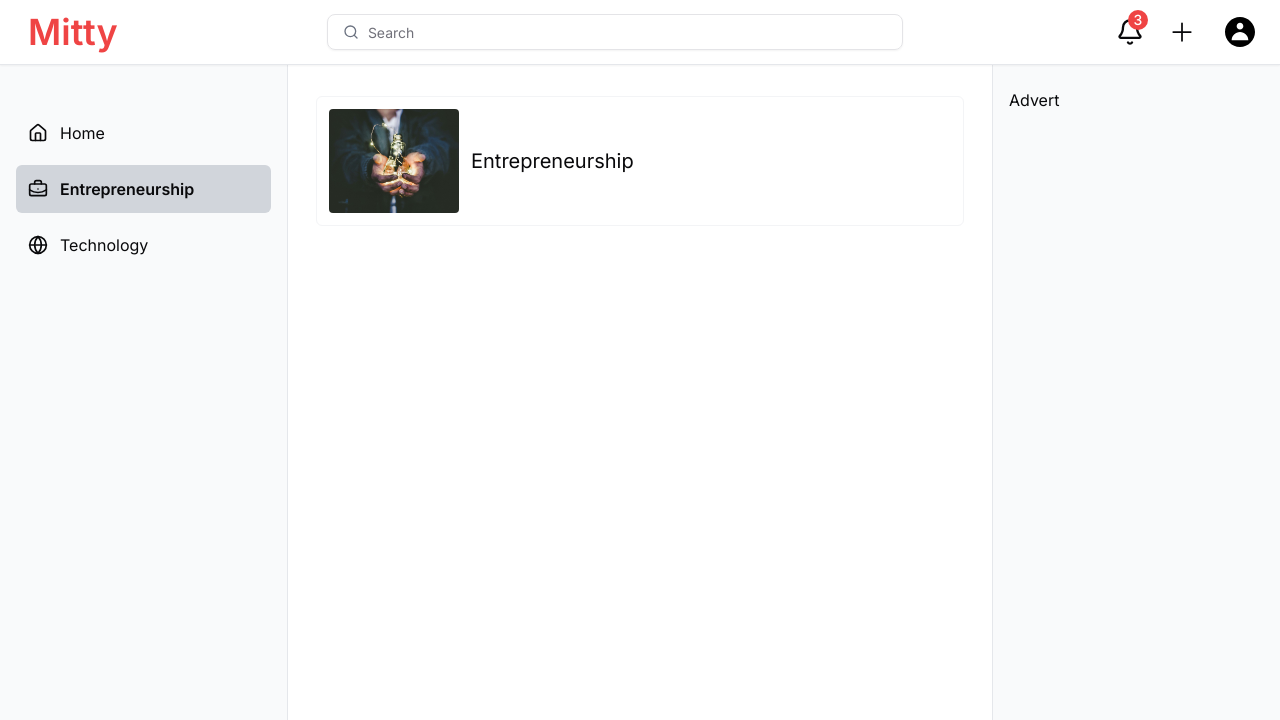
Repository: IssaMuiz/afrixpace-frontend
Page: /category/Entrepreneurship
These files come from the project's save history. The page is drawn as it stood at one moment and after the next save; the edit follows.
The browser window is 1280 px wide. The pictures show the whole page.
The page's requests for data from a server got no answer. The project was rebuilt for these pictures with package versions that can differ from the ones it lists, and the page was loaded fresh each time. The framework's server and built-in components were replaced by stand-ins that run in the browser. No one was signed in, and anything a server would have sent is missing. Also part of the build but not shown: next.config.ts, components/ui/textarea.tsx, components/ui/card.tsx, components/Vote.tsx, components/PostCard.tsx.

Above is the page before, as saved 2025-02-09 15:44:29.

After the next save:
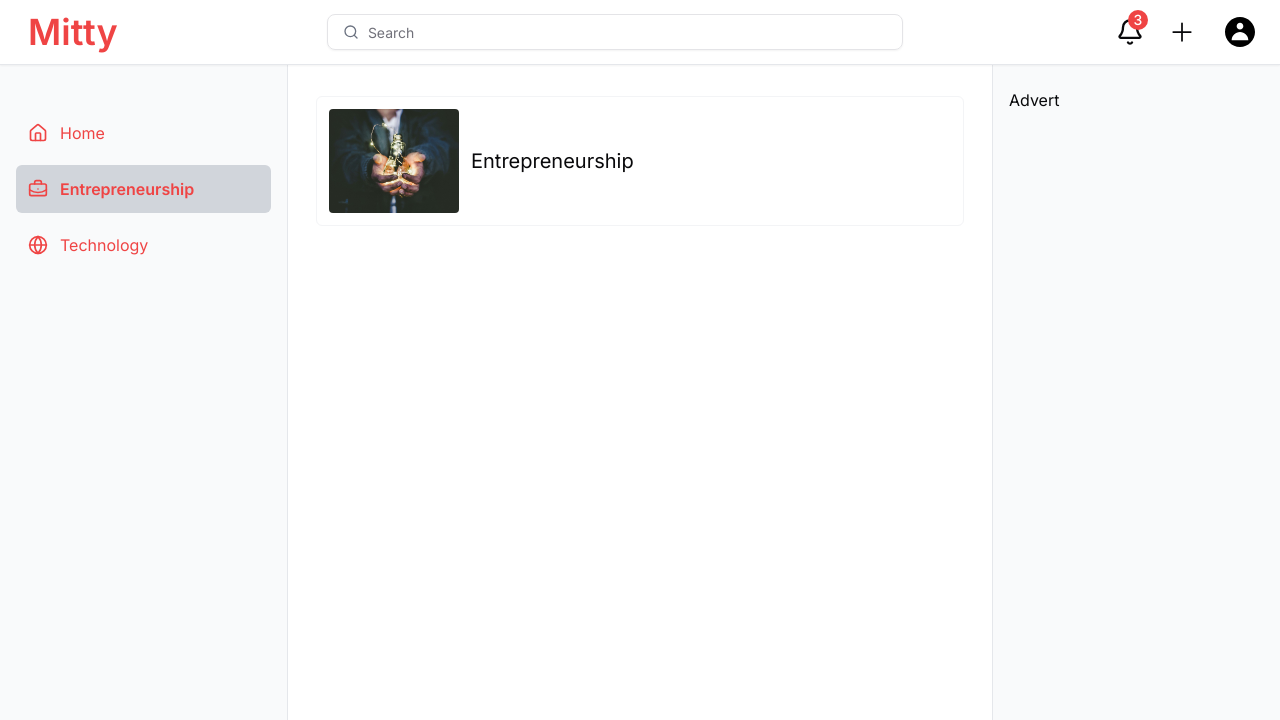
Saved 67 s later.
--- a/components/Sidebar.tsx
+++ b/components/Sidebar.tsx
@@ -44,7 +44,7 @@
               onClick={() => setIsSidebarOpen(false)}
               href={`/${cat.path}`}
               className={cn(
-                "flex items-center gap-3 p-3 rounded-md hover:bg-gray-200 dark:hover:bg-gray-800 transition",
+                "flex items-center gap-3 p-3 rounded-md hover:bg-gray-200 dark:hover:bg-gray-800 transition text-red-500",
                 pathname === `/${cat.path}` &&
                   "bg-gray-300 dark:bg-gray-700 font-semibold"
               )}
